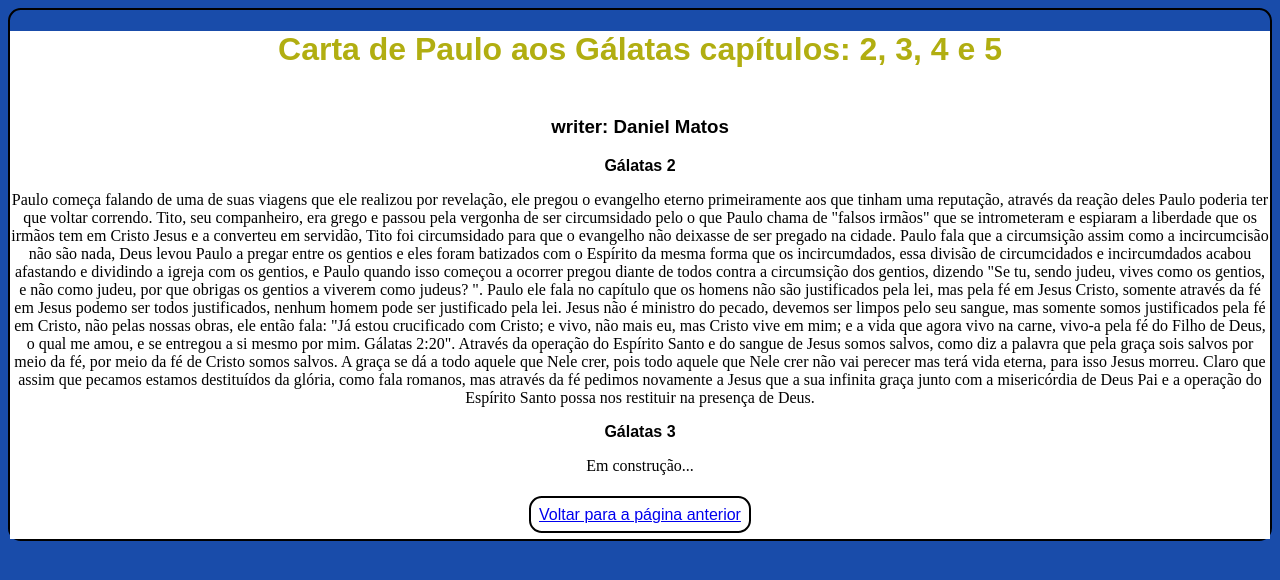
Repository: batmit/FutureFundation.github.io-1
Page: menu/articles/cristianism/importantchapters/galatians.html
An editor plug-in stored every save of this project. The page is shown before and after the next save, followed by the edit.
The browser window is 1280 px wide. The pictures show the whole page.

Above is the page before, as saved 2021-07-09 19:13:25.

After the next save:
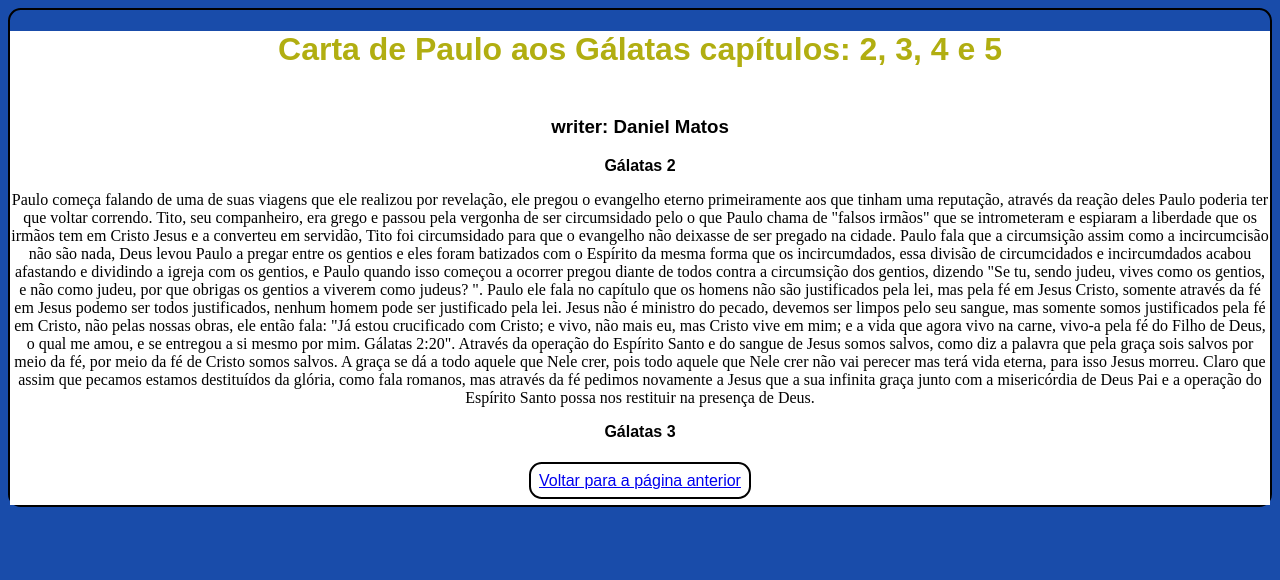
Saved 2 days later.
--- a/menu/articles/cristianism/importantchapters/galatians.html
+++ b/menu/articles/cristianism/importantchapters/galatians.html
@@ -26,7 +26,7 @@
 
         <strong>Gálatas 3</strong>
 
-        <p>Em construção...</p>
+        <p></p>
 
         <a href="/menu/articles/cristianism/chaptersimportant.html">Voltar para a página anterior</a>
     </div>

After the save that followed:
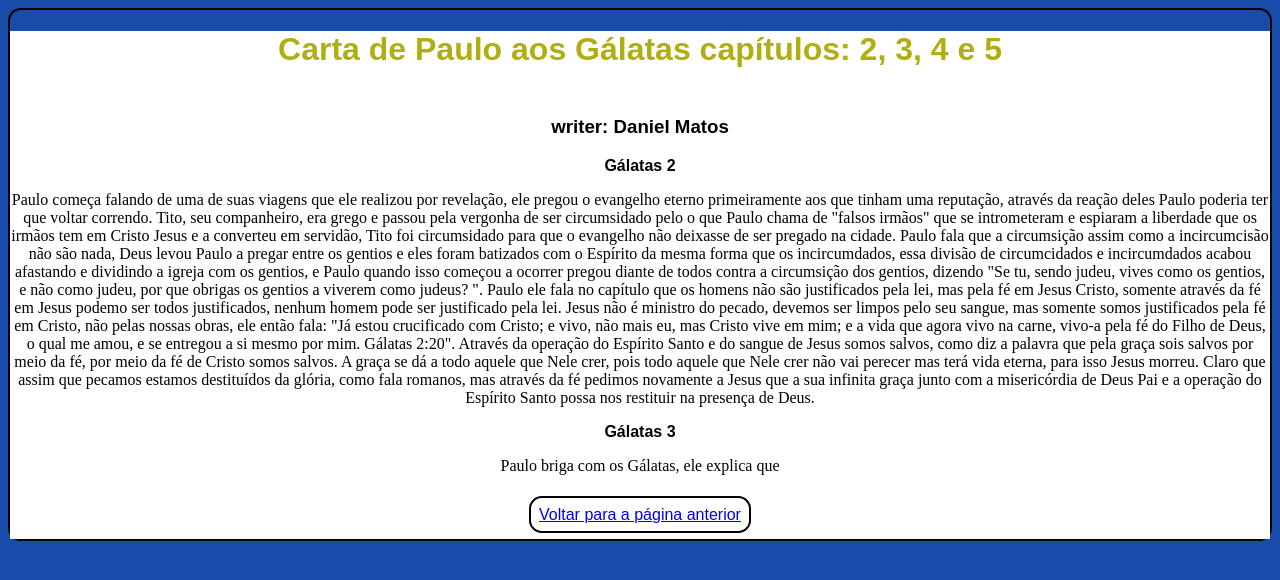
Saved 55 s later.
--- a/menu/articles/cristianism/importantchapters/galatians.html
+++ b/menu/articles/cristianism/importantchapters/galatians.html
@@ -26,7 +26,7 @@
 
         <strong>Gálatas 3</strong>
 
-        <p></p>
+        <p>Paulo briga com os Gálatas, ele explica que </p>
 
         <a href="/menu/articles/cristianism/chaptersimportant.html">Voltar para a página anterior</a>
     </div>
